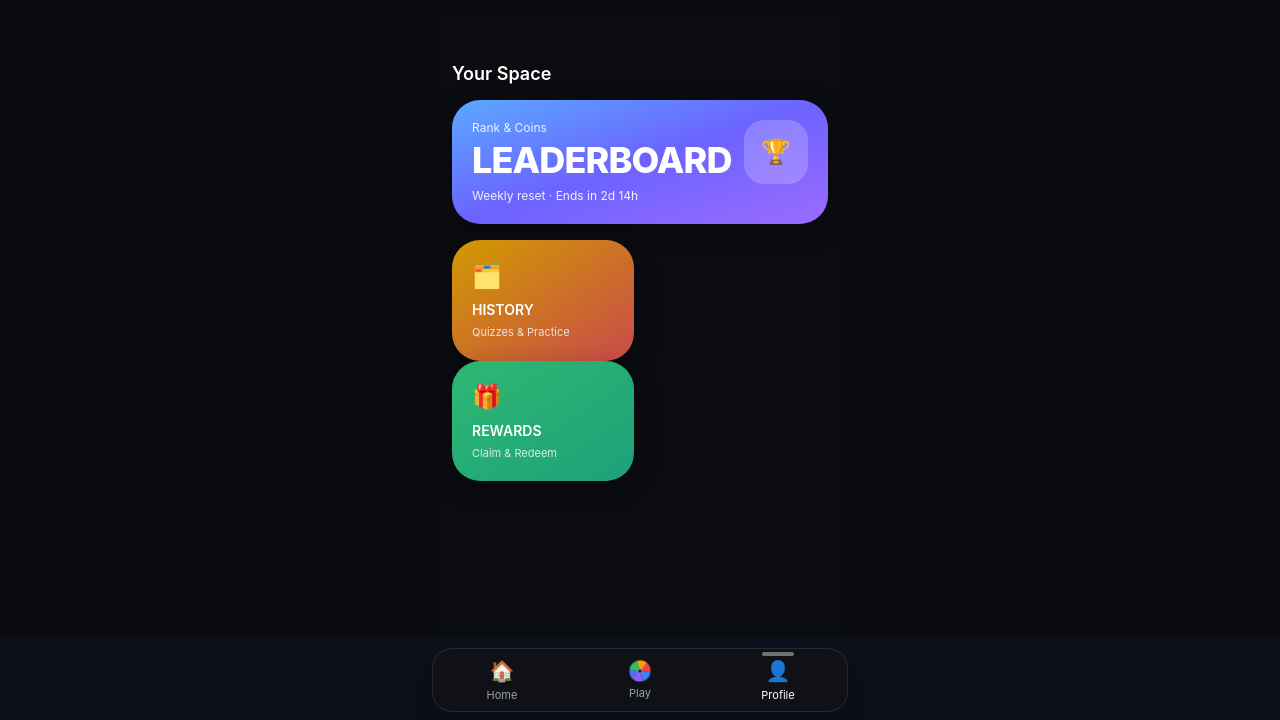
Repository: nirmaldas07/quizify-app
Page: /profile
These files come from the project's save history. The page is drawn as it stood at one moment and after the next save; the edit follows.
The browser window is 1280 px wide. The pictures show the whole page.
An inner scrolling area shows only its first screen. The project was rebuilt for these pictures with package versions that can differ from the ones it lists, and the page was loaded fresh each time. Also part of the build but not shown: src/components/ConfirmStartSheet.jsx, src/components/CoinFly.jsx, src/components/Home.jsx, src/components/Play.jsx, src/components/Quiz.jsx, src/components/PartySpin.jsx, src/components/Profile/Screen.jsx, src/components/Profile/Leaderboard.jsx and 7 more.

Above is the page before, as saved 2025-08-25 14:57:03.

### index.html
<!DOCTYPE html>
<html lang="en">
  <head>
    <meta charset="UTF-8" />
    <meta name="viewport" content="width=device-width, initial-scale=1.0" />
    <title>Quizify</title>
  </head>
  <body>
    <div id="root"></div>
    <script type="module" src="/src/main.jsx"></script>
  </body>
</html>

### src/App.jsx
// src/App.jsx
import { Routes, Route, Navigate } from "react-router-dom";

import Layout from "./components/Layout";
import Home from "./components/Home";
import Play from "./components/Play.jsx";
import Quiz from "./components/Quiz";
import PartySpin from "./components/PartySpin.jsx";

// Explicit imports from Profile folder (only files you have now)
import ProfileHome from "./components/Profile/ProfileHome";
import ProfileLeaderboard from "./components/Profile/Leaderboard";
import ProfileHistory from "./components/Profile/History";
import ProfileRewards from "./components/Profile/Rewards";
import ProfileBadges from "./components/Profile/Badges";
import ProfileAchievements from "./components/Profile/Achievements";
import ProfileStreaks from "./components/Profile/Streaks";
import ProfileQuests from "./components/Profile/Quests";
import ProfileSettings from "./components/Profile/Settings";


export default function App() {
  return (
    <Routes>
      <Route element={<Layout />}>
        <Route path="/" element={<Home />} />
        <Route path="/play" element={<Play />} />
        <Route path="/play/party" element={<PartySpin />} />

        {/* Profile routes */}
        <Route path="/profile" element={<ProfileHome />} />
        <Route path="/profile/leaderboard" element={<ProfileLeaderboard />} />
        <Route path="/profile/history" element={<ProfileHistory />} />
        <Route path="/profile/rewards" element={<ProfileRewards />} />
        <Route path="/profile/badges" element={<ProfileBadges />} />
        <Route path="/profile/achievements" element={<ProfileAchievements />} />
        <Route path="/profile/streaks" element={<ProfileStreaks />} />
        <Route path="/profile/quests" element={<ProfileQuests />} />
        <Route path="/profile/settings" element={<ProfileSettings />} />


        {/* Old leaders path → redirect */}
        <Route path="/leaders" element={<Navigate to="/profile/leaderboard" replace />} />

        {/* Quiz flow */}
        <Route path="/quiz/:category/start" element={<Quiz />} />

        {/* Fallback */}
        <Route path="*" element={<Home />} />
      </Route>
    </Routes>
  );
}

### src/index.css
@tailwind base;
@tailwind components;
@tailwind utilities;

/* ---------- Base (global) ---------- */
@layer base {
  html, body, #root { height: 100%; background:#000; color:#fff; }

  /* Calm dark surface + crisp type everywhere */
  body { @apply bg-base-bg text-base-text antialiased font-sans; }

  /* Subtle selection tint */
  ::selection { @apply bg-brand-blue/30; }
}

/* ---------- Tiny reusable pieces (optional, but handy) ---------- */
@layer components {
  .card { @apply bg-base-card/90 border border-base-border rounded-2xl p-4; }
  .pill { @apply px-3 py-1 rounded-full bg-white/5 border border-base-border text-xs; }

  .btn-primary {
    @apply bg-brand-blue text-white font-medium rounded-xl px-4 py-2
           hover:bg-brand-blue/90 transition shadow-soft;
  }
  .btn-ghost {
    @apply bg-white/5 border border-base-border text-base-text rounded-xl px-4 py-2
           hover:bg-white/10 transition;
  }
}

### src/components/Layout.jsx
// src/components/Layout.jsx
import React, { useRef, useEffect, useState } from "react";
import { Outlet, useNavigate, useLocation } from "react-router-dom";

function WheelIcon({ size = 22 }) {
  return (
    <div style={{ width: size, height: size }} className="grid place-items-center">
      <svg
        viewBox="0 0 100 100"
        className="motion-safe:animate-[spin_9s_linear_infinite] group-active:motion-safe:animate-[spin_1.2s_linear_infinite]"
      >
        <path d="M50,50 L50,5 A45,45 0 0,1 86.97,25.98 Z" fill="#6366F1" />
        <path d="M50,50 L86.97,25.98 A45,45 0 0,1 86.97,74.02 Z" fill="#22C55E" />
        <path d="M50,50 L86.97,74.02 A45,45 0 0,1 50,95 Z" fill="#F59E0B" />
        <path d="M50,50 L50,95 A45,45 0 0,1 13.03,74.02 Z" fill="#EF4444" />
        <path d="M50,50 L13.03,74.02 A45,45 0 0,1 13.03,25.98 Z" fill="#3B82F6" />
        <path d="M50,50 L13.03,25.98 A45,45 0 0,1 50,5 Z" fill="#8B5CF6" />
        <circle cx="50" cy="50" r="9" fill="#111827" stroke="white" strokeWidth="2" />
      </svg>
    </div>
  );
}

export default function Layout() {
  const navigate = useNavigate();
  const { pathname } = useLocation();

  const scrollPositions = useRef({});
  const lastTapRef = useRef(0);

  // Preload sound
  const soundRef = useRef(null);
  useEffect(() => {
    soundRef.current = new Audio("/sounds/refresh.mp3");
  }, []);

  // Restore scroll when navigating
  useEffect(() => {
    const pos = scrollPositions.current[pathname];
    if (pos !== undefined) {
      window.scrollTo(0, pos);
    } else {
      window.scrollTo(0, 0);
    }
  }, [pathname]);

  const saveScroll = () => {
    scrollPositions.current[pathname] = window.scrollY;
  };

  // ✅ Pull-to-refresh only for bottom nav pages
  const inBottomNavPage = ["/", "/play", "/profile"].includes(pathname);

  // ✅ Track modal-open state reactively
  const [modalOpen, setModalOpen] = useState(false);
  const [leaveConfirm, setLeaveConfirm] = useState({ open: false, go: null });

  useEffect(() => {
    const observer = new MutationObserver(() => {
      setModalOpen(document.body.classList.contains("modal-open"));
    });
    observer.observe(document.body, { attributes: true, attributeFilter: ["class"] });
    return () => observer.disconnect();
  }, []);

  const HIDE_ROUTES = [/^\/quiz\//, /^\/practice\//];
  const hideNav = modalOpen || HIDE_ROUTES.some(r => r.test(pathname));

  const isActive = (path) =>
    path === "/" ? pathname === "/" : pathname.startsWith(path);

  /* ---------------- Pull-to-refresh ---------------- */
  const touchStartY = useRef(0);
  const [pulling, setPulling] = useState(false);
  const [pullDist, setPullDist] = useState(0);
  const [refreshing, setRefreshing] = useState(false);

  const handleTouchStart = (e) => {
    if (!inBottomNavPage) return; // 🚫 only on Home, Play, Leaderboard
    if (window.scrollY === 0) {
      touchStartY.current = e.touches[0].clientY;
    }
  };

  const handleTouchMove = (e) => {
    if (!inBottomNavPage) return; // 🚫 only on Home, Play, Leaderboard
    if (window.scrollY === 0) {
      const dist = e.touches[0].clientY - touchStartY.current;
      if (dist > 0) {
        setPulling(true);
        setPullDist(Math.min(dist, 80));
      }
    }
  };

  const handleTouchEnd = () => {
    if (pulling && pullDist > 40) {
      setRefreshing(true);

      // ✅ Play sound
      if (soundRef.current) {
        soundRef.current.currentTime = 0;
        soundRef.current.play().catch(() => {});
      }

      // ✅ Vibrate
      if (navigator.vibrate) {
        navigator.vibrate(60);
      }

      // ✅ Scroll top
      window.scrollTo({ top: 0, behavior: "smooth" });

      // Stop indicator after 1s
      setTimeout(() => setRefreshing(false), 1000);
    }
    setPulling(false);
    setPullDist(0);
  };

  const NavItem = ({ path, icon, label }) => {
    const active = isActive(path);

    const handleClick = () => {
    // remember scroll before any nav
    saveScroll();

    // what to do after user confirms
    const go = () => {
        if (path === "/play") {
        navigate(`/play?view=modes&reset=${Date.now()}`);
        if (navigator.vibrate) navigator.vibrate(15);
        return;
        }

        if (active) {
        const now = Date.now();
        if (now - lastTapRef.current < 500) {
            window.scrollTo({ top: 0, behavior: "smooth" });
            if (navigator.vibrate) navigator.vibrate(30);
        }
        lastTapRef.current = now;
        } else {
        navigate(path);
        }
    };

    // if user is mid-question, ask first via styled modal
    const inQuestion = localStorage.getItem("qp_in_question") === "true";
    if (inQuestion) {
        setLeaveConfirm({ open: true, go });
        return;
    }

    go();
    };


    return (
      <button
        type="button"
        onClick={handleClick}
        className={`group relative flex h-12 w-20 flex-col items-center justify-center rounded-xl transition
          ${active ? "text-white" : "text-base-muted hover:text-white"}`}
        aria-current={active ? "page" : undefined}
      >
        {active && <span className="absolute -top-1 h-1 w-8 rounded-full bg-white/40" />}
        <div className="leading-none">{icon}</div>
        <span className="mt-0.5 text-[11px]">{label}</span>
      </button>
    );
  };

  return (
    <div
      className="min-h-screen bg-base-bg text-base-text"
      onTouchStart={handleTouchStart}
      onTouchMove={handleTouchMove}
      onTouchEnd={handleTouchEnd}
    >
      {/* Pull-to-refresh indicator */}
      {(pulling || refreshing) && (
        <div
          className="fixed left-1/2 z-50 flex flex-col items-center text-white text-sm transition-all duration-200"
          style={{
            top: refreshing ? "4rem" : `${Math.min(pullDist, 100)}px`,
            transform: "translateX(-50%)",
            width: "160px",
            textAlign: "center",
          }}
        >
          <span className={`${!refreshing ? "motion-safe:animate-spin" : "opacity-0"} mb-1`}>
            ⭮
          </span>
          <span className={refreshing ? "animate-bounce" : ""}>
            {refreshing ? "Updated!😍" : "Release to refresh"}
          </span>
        </div>
      )}
        <main
        className="mx-auto max-w-md px-5 overscroll-y-contain"
        style={{
            height: hideNav
            ? "100dvh"
            : "calc(100dvh - (5.25rem + env(safe-area-inset-bottom)))",
            paddingTop: "calc(env(safe-area-inset-top) + 12px)", // add 24px top space
            overflowY: "auto",
            transform: pulling ? `translateY(${pullDist}px)` : undefined,
            transition: (pulling || refreshing) ? "transform 0.3s ease" : undefined,
        }}
        >
        <Outlet />
        </main>

      {leaveConfirm.open && (
        <div className="fixed inset-0 z-50 bg-black/60 flex items-center justify-center px-6">
            <div className="w-full max-w-sm rounded-2xl bg-base-card border border-base-border p-5 text-center">
            <div className="text-lg font-bold mb-2">Want to quit?</div>
            <p className="text-base-muted mb-5">You’ll lose this question’s progress.</p>
            <div className="flex gap-3">
                <button
                onClick={() => setLeaveConfirm({ open: false, go: null })}
                className="flex-1 py-3 rounded-xl border border-base-border bg-white/5 hover:bg-white/10 transition"
                >
                Cancel
                </button>
                <button
                onClick={() => {
                    const fn = leaveConfirm.go;
                    setLeaveConfirm({ open: false, go: null });
                    fn?.();
                }}
                className="flex-1 py-3 rounded-xl bg-blue-600 text-white font-semibold hover:bg-blue-500 transition"
                >
                Leave
                </button>
            </div>
            </div>
        </div>
)}


      {!hideNav && (
        <nav role="navigation" aria-label="Bottom navigation" className="fixed inset-x-0 bottom-0 z-50">
          <div
            className="absolute inset-x-0 bottom-0 bg-[#0B0F1A]"
            style={{ height: "calc(5.25rem + env(safe-area-inset-bottom))" }}
            aria-hidden
          />
          <div className="relative mx-auto max-w-md px-4 pb-[calc(env(safe-area-inset-bottom)+0.5rem)] pt-2">
            <div className="flex h-16 items-center justify-around rounded-2xl border border-base-border bg-base-card shadow-xl">
              <NavItem path="/"            icon={<span className="text-xl">🏠</span>} label="Home" />
              <NavItem path="/play"        icon={<WheelIcon size={24} />}      label="Play" />
              <NavItem path="/profile" icon={<span className="text-xl">👤</span>} label="Profile" />
            </div>
          </div>
        </nav>
      )}
    </div>
  );
}

### src/components/Profile/ProfileHome.jsx
import React from "react";
import { useNavigate } from "react-router-dom";

export default function ProfileHome() {
  const navigate = useNavigate();
  const TILE =
  "rounded-3xl p-5 text-left text-white shadow-[0_6px_24px_rgba(0,0,0,0.25)] " +
  "transition-transform duration-150 active:scale-[0.99] hover:opacity-95";


  return (
    <div className="min-h-full bg-[#0B0C10] text-white px-4 pt-12">
      <h1 className="text-lg font-semibold mb-3">Your Space</h1>

      {/* HERO → Leaderboard */}
      <button
        onClick={() => navigate("/profile/leaderboard")}
        className={`${TILE} w-full mb-4 bg-gradient-to-br from-[#5AA9FF] via-[#6C63FF] to-[#9C6BFF]`}
      >
        <div className="flex items-start justify-between">
          <div>
            <div className="text-xs opacity-90">Rank & Coins</div>
            <div className="mt-1 text-4xl font-extrabold tracking-tight">LEADERBOARD</div>
            <div className="mt-2 text-xs opacity-90">Weekly reset · Ends in 2d 14h</div>
          </div>
          <div className="w-16 h-16 rounded-2xl bg-white/20 grid place-items-center text-2xl">🏆</div>
        </div>
      </button>

      {/* Tiles you actually have routes for right now */}
      <div className="grid grid-cols-2 gap-3">
        <button onClick={() => navigate("/profile/history")}
          className={`${TILE} bg-gradient-to-br from-[#D19A00] to-[#C94B4B]`}>
          <div className="text-2xl mb-2">🗂️</div>
          <div className="text-sm font-semibold">HISTORY</div>
          <div className="text-[11px] opacity-80 mt-1">Quizzes & Practice</div>
        </button>
      </div>
      <div className="grid grid-cols-2 gap-3">
      <button
        onClick={() => navigate("/profile/rewards")}
        className={`${TILE} bg-gradient-to-br from-[#2EB872] to-[#1EA07A]`}
        >
        <div className="text-2xl mb-2">🎁</div>
        <div className="text-sm font-semibold">REWARDS</div>
        <div className="text-[11px] opacity-80 mt-1">Claim & Redeem</div>
        </button>
    </div>
    </div>
  );
}

### tailwind.config.js
/** @type {import('tailwindcss').Config} */
export default {
  content: ["./index.html", "./src/**/*.{js,jsx,ts,tsx}"],
  theme: {
    // App-wide container defaults (nice centered mobile width)
    container: {
      center: true,
      padding: "1.25rem", // 20px
    },
    extend: {
      // Design tokens
      colors: {
        base: {
          bg:    "#0B0B0F",                     // near-black background
          card:  "#0F1117",                     // card surface
          text:  "#F8FAFC",                     // main text
          muted: "#9CA3AF",                     // secondary text
          border:"rgba(255,255,255,0.10)",      // subtle borders
        },
        brand: {
          blue:   "#2563EB",
          purple: "#7C3AED",
        },
      },
      // Softer corners than default
      borderRadius: {
        "2xl": "1.25rem", // overrides default
        "3xl": "1.75rem",
      },
      // Gentle shadow
      boxShadow: {
        soft: "0 8px 28px rgba(0,0,0,.35)",
      },
      // System/Inter/SF stack
      fontFamily: {
        sans: [
          "Inter",
          "ui-sans-serif",
          "system-ui",
          "-apple-system",
          "Segoe UI",
          "Roboto",
          "Helvetica Neue",
          "Arial",
          "Apple Color Emoji",
          "Segoe UI Emoji",
          "Segoe UI Symbol",
        ],
      },
    },
  },
  plugins: [],
};

Loaded but not shown: src/main.jsx (common file)

After the next save:
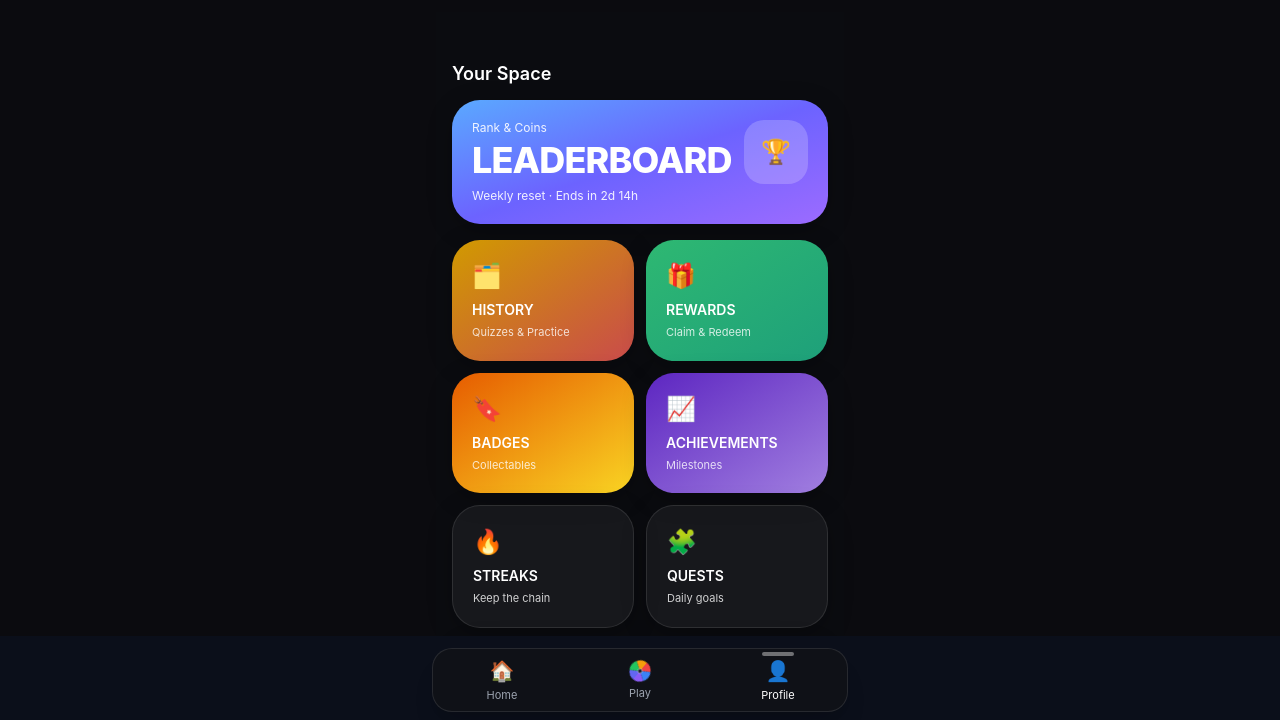
Saved 2 min 57 s later.
--- a/src/components/Profile/ProfileHome.jsx
+++ b/src/components/Profile/ProfileHome.jsx
@@ -3,10 +3,11 @@ import { useNavigate } from "react-router-dom";
 
 export default function ProfileHome() {
   const navigate = useNavigate();
+
+  // shared tile style (press effect + subtle hover)
   const TILE =
-  "rounded-3xl p-5 text-left text-white shadow-[0_6px_24px_rgba(0,0,0,0.25)] " +
-  "transition-transform duration-150 active:scale-[0.99] hover:opacity-95";
-
+    "rounded-3xl p-5 text-left text-white shadow-[0_6px_24px_rgba(0,0,0,0.25)] " +
+    "transition-transform duration-150 active:scale-[0.99] hover:opacity-95";
 
   return (
     <div className="min-h-full bg-[#0B0C10] text-white px-4 pt-12">
@@ -27,25 +28,82 @@ export default function ProfileHome() {
         </div>
       </button>
 
-      {/* Tiles you actually have routes for right now */}
+      {/* GRID */}
       <div className="grid grid-cols-2 gap-3">
-        <button onClick={() => navigate("/profile/history")}
-          className={`${TILE} bg-gradient-to-br from-[#D19A00] to-[#C94B4B]`}>
+        {/* History */}
+        <button
+          onClick={() => navigate("/profile/history")}
+          className={`${TILE} bg-gradient-to-br from-[#D19A00] to-[#C94B4B]`}
+        >
           <div className="text-2xl mb-2">🗂️</div>
           <div className="text-sm font-semibold">HISTORY</div>
           <div className="text-[11px] opacity-80 mt-1">Quizzes & Practice</div>
         </button>
+
+        {/* Rewards */}
+        <button
+          onClick={() => navigate("/profile/rewards")}
+          className={`${TILE} bg-gradient-to-br from-[#2EB872] to-[#1EA07A]`}
+        >
+          <div className="text-2xl mb-2">🎁</div>
+          <div className="text-sm font-semibold">REWARDS</div>
+          <div className="text-[11px] opacity-80 mt-1">Claim & Redeem</div>
+        </button>
+
+        {/* Badges */}
+        <button
+          onClick={() => navigate("/profile/badges")}
+          className={`${TILE} bg-gradient-to-br from-[#E65C00] to-[#F9D423]`}
+        >
+          <div className="text-2xl mb-2">🔖</div>
+          <div className="text-sm font-semibold">BADGES</div>
+          <div className="text-[11px] opacity-80 mt-1">Collectables</div>
+        </button>
+
+        {/* Achievements */}
+        <button
+          onClick={() => navigate("/profile/achievements")}
+          className={`${TILE} bg-gradient-to-br from-[#5D26C1] to-[#A17FE0]`}
+        >
+          <div className="text-2xl mb-2">📈</div>
+          <div className="text-sm font-semibold">ACHIEVEMENTS</div>
+          <div className="text-[11px] opacity-80 mt-1">Milestones</div>
+        </button>
+
+        {/* Streaks */}
+        <button
+          onClick={() => navigate("/profile/streaks")}
+          className={`${TILE} bg-white/5 border border-white/10`}
+        >
+          <div className="text-2xl mb-2">🔥</div>
+          <div className="text-sm font-semibold">STREAKS</div>
+          <div className="text-[11px] opacity-80 mt-1">Keep the chain</div>
+        </button>
+
+        {/* Quests */}
+        <button
+          onClick={() => navigate("/profile/quests")}
+          className={`${TILE} bg-white/5 border border-white/10`}
+        >
+          <div className="text-2xl mb-2">🧩</div>
+          <div className="text-sm font-semibold">QUESTS</div>
+          <div className="text-[11px] opacity-80 mt-1">Daily goals</div>
+        </button>
+
+        {/* Settings — full width */}
+        <button
+          onClick={() => navigate("/profile/settings")}
+          className={`${TILE} col-span-2 bg-white/5 border border-white/10`}
+        >
+          <div className="flex items-center gap-3">
+            <div className="text-2xl">⚙️</div>
+            <div>
+              <div className="text-sm font-semibold">SETTINGS</div>
+              <div className="text-[11px] opacity-80 mt-0.5">Preferences</div>
+            </div>
+          </div>
+        </button>
       </div>
-      <div className="grid grid-cols-2 gap-3">
-      <button
-        onClick={() => navigate("/profile/rewards")}
-        className={`${TILE} bg-gradient-to-br from-[#2EB872] to-[#1EA07A]`}
-        >
-        <div className="text-2xl mb-2">🎁</div>
-        <div className="text-sm font-semibold">REWARDS</div>
-        <div className="text-[11px] opacity-80 mt-1">Claim & Redeem</div>
-        </button>
-    </div>
     </div>
   );
 }
